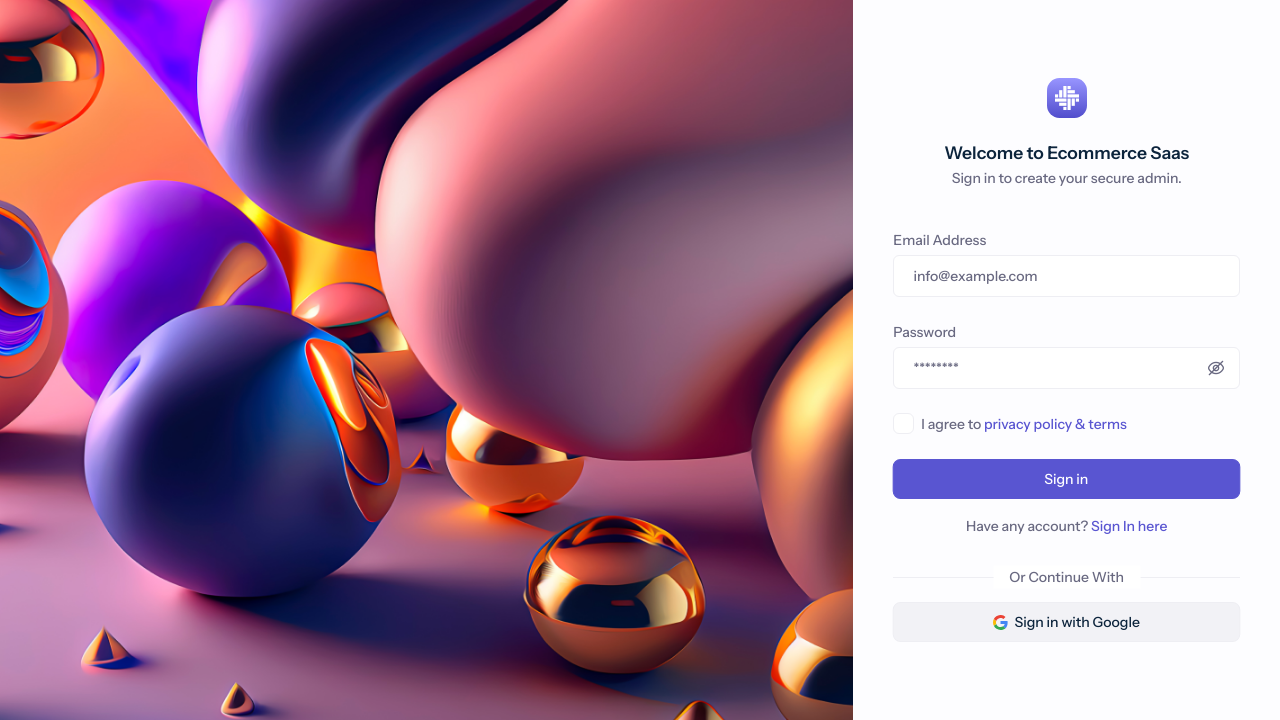
Repository: rudrah-hub/ecommerce-saas
Page: http://localhost/login
These files come from the project's save history. The page is drawn as it stood at one moment and after the next save; the edit follows.
The browser window is 1280 px wide. The pictures show the whole page.
The page is served by the project's Laravel application, run on PHP 8.4 with Laravel 12. Other server files are loaded and not shown.

Above is the page before, as saved 2026-01-19 17:30:52.

### routes/web.php
<?php

use Illuminate\Support\Facades\Route;

Route::get('/', function () {
    return view('auth.register');
});

Route::get('/register', function () {
    return view('auth.register');
});

Route::get('/login', function () {
    return view('auth.login');
});

### resources/views/auth/login.blade.php
@extends('layouts.auth')

@section('page')
    <div class="page-layout">
        <div class="auth-frame-wrapper">
            <div class="row g-0 h-100">
                <div class="col-xl-8 col-lg-7 col-md-6">
                    <div class="auth-frame" style="background-image: url(assets/images/auth/auth-frame.webp);"></div>
                </div>
                <div class="col-xl-4 col-lg-5 col-md-6 align-self-center">
                    <div class="p-4 p-sm-5 maxw-450px m-auto">
                        <div class="mb-4 text-center">
                            <a href="index.html" aria-label="Ecommerce Saas logo">
                                <img class="visible-light" src="assets/images/logo.svg" alt="Ecommerce Saas logo">
                            </a>
                        </div>
                        <div class="text-center mb-5">
                            <h5 class="mb-1">Welcome to Ecommerce Saas</h5>
                            <p>Sign in to create your secure admin.</p>
                        </div>
                        <form action="index.html">
                            <div class="mb-4">
                                <label class="form-label" for="registerEmail">Email Address</label>
                                <input type="email" class="form-control" id="registerEmail"
                                    placeholder="info@example.com">
                            </div>
                            <div class="mb-4">
                                <label class="form-label" for="registerPassword">Password</label>
                                <div class="password-wrapper">
                                    <input type="password" class="form-control password-input" id="registerPassword"
                                        placeholder="********">
                                    <button type="button" id="togglePassword" class="toggle-password" aria-pressed="false"
                                        aria-label="Show password" title="Show password">
                                        <i class="close fi fi-rr-eye-crossed" aria-hidden="true"></i>
                                        <i class="open fi fi-rr-eye" aria-hidden="true"></i>
                                    </button>
                                </div>
                            </div>
                            <div class="mb-4">
                                <div class="form-check mb-0">
                                    <input class="form-check-input" type="checkbox" id="termsConditions" name="terms">
                                    <label class="form-check-label" for="termsConditions">
                                        I agree to <a href="javascript:void(0);">privacy policy & terms</a>
                                    </label>
                                </div>
                            </div>
                            <div class="mb-3">
                                <button type="submit" value="Submit"
                                    class="btn btn-primary waves-effect waves-light w-100">Sign in</button>
                            </div>
                            <p class="mb-5 text-center">Have any account? <a href="authentication/login-frame.html">Sign In
                                    here</a>
                            </p>
                            <div class="border-bottom position-relative my-4 text-center">
                                <span class="px-3 position-absolute translate-middle top-50 start-50 bg-body">Or
                                    Continue With</span>
                            </div>
                            <button type="submit" class="btn btn-light waves-effect waves-light w-100">
                                <img src="assets/images/icons/google.svg" alt="" class="me-1"> Sign in with
                                Google
                            </button>
                        </form>
                    </div>
                </div>
            </div>
        </div>
    </div>
@endsection

### resources/views/layouts/auth.blade.php
@extends('layouts.base')

@section('content')
    <div>
        <div>
            @include('auth.header')

            <div>
                @yield('page')
            </div>

            @include('auth.footer')
        </div>
    </div>
@endsection

### resources/views/auth/header.blade.php
<!DOCTYPE html>
<html lang="en">

<head>
    <meta charset="utf-8">
    <meta name="theme-color" content="#5955D1">
    <meta name="robots" content="index, follow">
    <meta name="author" content="LayoutDrop">

    <title>Ecommerce Saas</title>

    <meta name="viewport" content="width=device-width, initial-scale=1">

    <link rel="icon" type="image/png" href="assets/images/favicon.png">
    <link rel="apple-touch-icon" sizes="180x180" href="assets/images/apple-touch-icon.png">

    <link rel="preconnect" href="https://fonts.googleapis.com">
    <link rel="preconnect" href="https://fonts.gstatic.com" crossorigin>
    <link href="https://fonts.googleapis.com/css2?family=Instrument+Sans:ital,wght@0,400..700;1,400..700&display=swap"
        rel="stylesheet">

    <link rel="stylesheet" href="assets/libs/flaticon/css/all/all.css">
    <link rel="stylesheet" href="assets/libs/lucide/lucide.css">
    <link rel="stylesheet" href="assets/libs/fontawesome/css/all.min.css">
    <link rel="stylesheet" href="assets/libs/simplebar/simplebar.css">
    <link rel="stylesheet" href="assets/libs/node-waves/waves.css">
    <link rel="stylesheet" href="assets/libs/bootstrap-select/css/bootstrap-select.min.css">

    <link rel="stylesheet" href="assets/css/styles.css">

</head>

<body>

### resources/views/auth/footer.blade.php
<script src="assets/libs/global/global.min.js"></script>
<script src="assets/js/appSettings.js"></script>
<script src="assets/js/main.js"></script>

</body>

</html>

### resources/views/layouts/base.blade.php
<!DOCTYPE html>
<html lang="{{ app()->getLocale() }}">

<head>
</head>

<body>
    @yield('content')
</body>

</html>

### public/assets/libs/flaticon/css/all/all.css
@import "./all.rounded.css";
@import "./all.straight.css";
@import "../brands/all.css";

### public/assets/js/appSettings.js
// App settings default
let appSettings = {
    appTheme: 'light',
    appSidebar: 'full',
    appColor: 'blue',
};

// Update settings
function setAppSettings(newSettings = {}) {
    appSettings = {
        ...appSettings,
        ...newSettings
    };
    applySettings();
}

// Apply settings to DOM
function applySettings() {
    document.documentElement.setAttribute("data-bs-theme", appSettings.appTheme);

    if (window.innerWidth >= 1480) {
        document.documentElement.setAttribute("data-app-sidebar", appSettings.appSidebar);
    }

    document.documentElement.setAttribute("data-color-theme", appSettings.appColor);
}

// Initialize
document.addEventListener("DOMContentLoaded", applySettings);
window.setAppSettings = setAppSettings;

### public/assets/libs/flaticon/css/all/all.rounded.css
@import '../bold/rounded.css';
@import '../regular/rounded.css';
@import '../solid/rounded.css';
@import '../thin/rounded.css';

### public/assets/libs/flaticon/css/all/all.straight.css
@import '../bold/straight.css';
@import '../regular/straight.css';
@import '../solid/straight.css';
@import '../thin/straight.css';

Loaded but not shown: public/assets/libs/lucide/lucide.css (library); public/assets/libs/simplebar/simplebar.css (library); public/assets/libs/node-waves/waves.css (library); public/assets/css/styles.css (library); public/assets/libs/global/global.min.js (library); public/assets/libs/flaticon/css/brands/all.css (library); public/assets/libs/flaticon/css/bold/rounded.css (library); public/assets/libs/flaticon/css/regular/rounded.css (library); public/assets/libs/flaticon/css/solid/rounded.css (library); public/assets/libs/flaticon/css/thin/rounded.css (library); public/assets/libs/flaticon/css/bold/straight.css (library); public/assets/libs/flaticon/css/regular/straight.css (library); public/assets/libs/flaticon/css/solid/straight.css (library); public/assets/libs/flaticon/css/thin/straight.css (library); public/assets/ajax/search.json (268 lines, source omitted); public/assets/images/logo.svg (26 lines, source omitted); public/assets/images/icons/google.svg (2 lines, source omitted); public/assets/js/main.js (554 lines, source omitted)

After the next save:
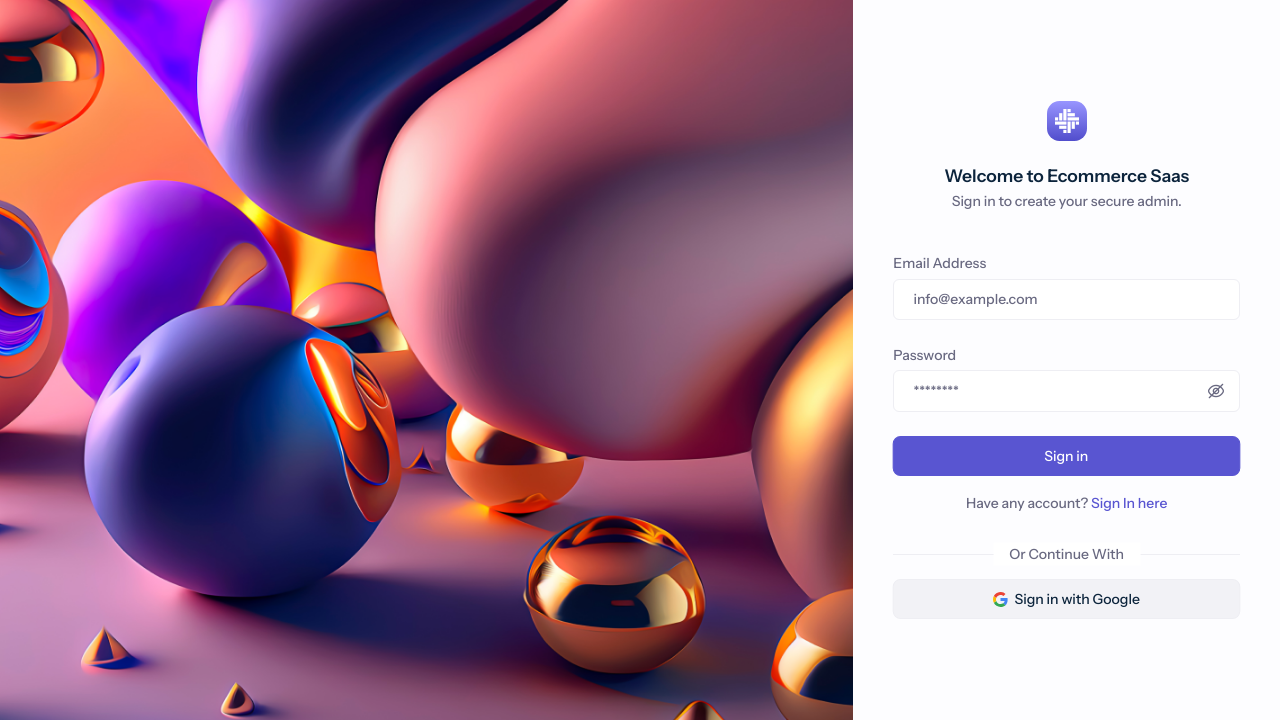
Saved 8 s later.
--- a/resources/views/auth/login.blade.php
+++ b/resources/views/auth/login.blade.php
@@ -36,14 +36,6 @@
                                     </button>
                                 </div>
                             </div>
-                            <div class="mb-4">
-                                <div class="form-check mb-0">
-                                    <input class="form-check-input" type="checkbox" id="termsConditions" name="terms">
-                                    <label class="form-check-label" for="termsConditions">
-                                        I agree to <a href="javascript:void(0);">privacy policy & terms</a>
-                                    </label>
-                                </div>
-                            </div>
                             <div class="mb-3">
                                 <button type="submit" value="Submit"
                                     class="btn btn-primary waves-effect waves-light w-100">Sign in</button>
